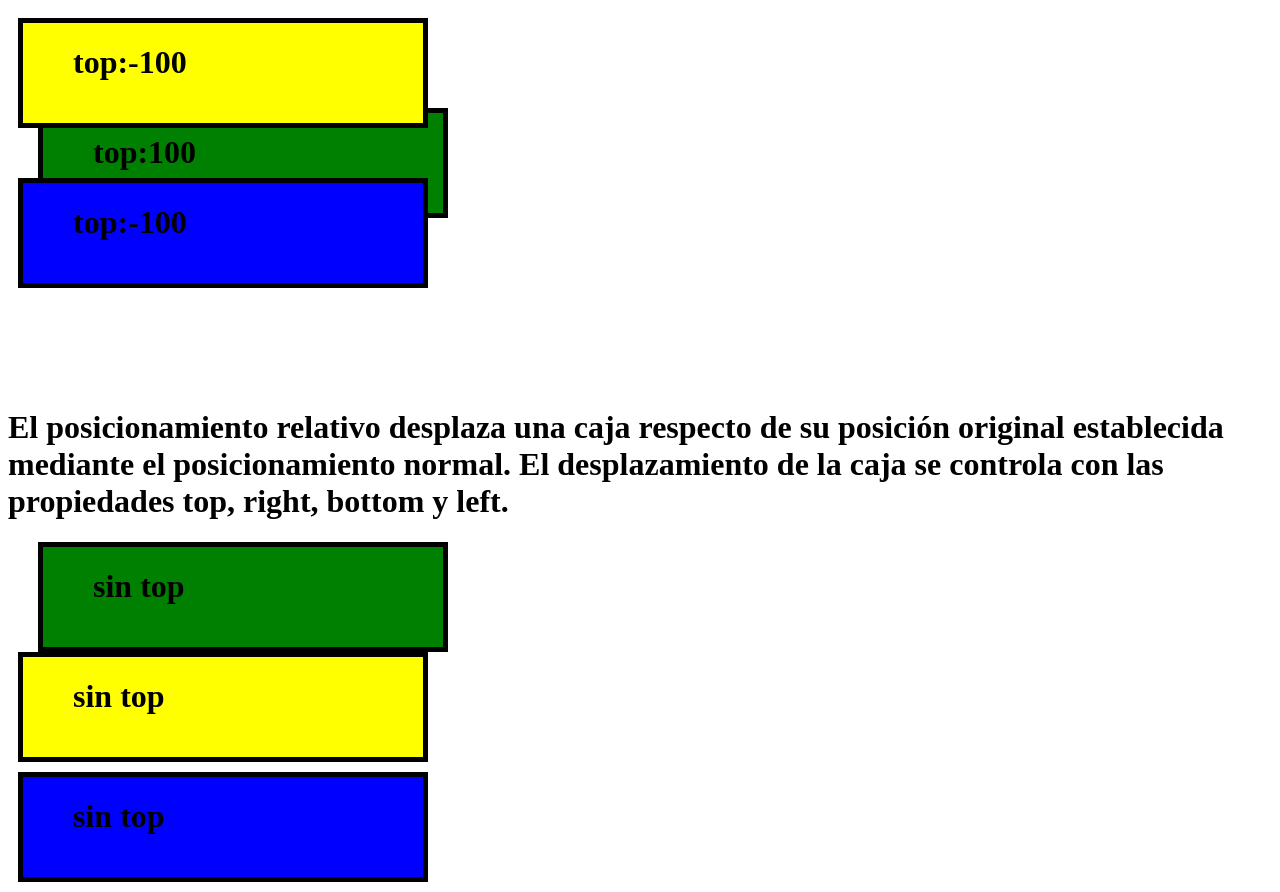
Repository: antonio63j/misNotas
Page: software/CSS/Demos/aptana_proyect/src/relativo.html
An editor plug-in stored every save of this project. The page is shown before and after the next save, followed by the edit.
The browser window is 1280 px wide. The pictures show the whole page.

Above is the page before, as saved 2017-04-23 17:21:41.

### software/CSS/Demos/aptana_proyect/src/relativo.html
<!DOCTYPE html>
<html>
<head>
<style>

#caja1 {
  position:relative;
  top:100px;
  left:20px;
  width: 300px;
  height:100px;
  padding-left:  50px;
  padding-right: 50px;
  margin-left:   10px;
  margin-right:  10px;
  border: 5px solid black;
  padding-top: 0px;
  background-color:green;
}

#caja2 {
  position:relative;
  top:-100px;
  width: 300px;
  height:100px;
  padding-left:  50px;
  padding-right: 50px;
  margin-left:   10px;
  margin-right:  10px;
  border: 5px solid black;
  margin-bottom:50px;
  background-color:yellow;
}

#caja3 {
  position:relative;
  top:-100px;
  width: 300px;
  height:100px;
  padding-left:  50px;
  padding-right: 50px;
  margin-left:   10px;
  margin-right:  10px;
  border: 5px solid black;
  margin-bottom:10px;
  background-color: blue;
}

#caja11 {
  position:relative;

  left:20px;
  width: 300px;
  height:100px;
  padding-left:  50px;
  padding-right: 50px;
  margin-left:   10px;
  margin-right:  10px;
  border: 5px solid black;
  padding-top: 0px;
  background-color:green;
}

#caja22 {
  position:relative;

  width: 300px;
  height:100px;
  padding-left:  50px;
  padding-right: 50px;
  margin-left:   10px;
  margin-right:  10px;
  border: 5px solid black;
  margin-bottom:10px;
  background-color:yellow;
}

#caja33 {
  position:relative;

  width: 300px;
  height:100px;
  padding-left:  50px;
  padding-right: 50px;
  margin-left:   10px;
  margin-right:  10px;
  border: 5px solid black;
  margin-bottom:10px;
  background-color: blue;
}


</style>
</head>



<body>

<div id="caja1"><h1>top:100</h1></div>
<div id="caja2"><h1>top:-100</h1></div>
<div id="caja3"><h1>top:-100</h1></div>

<h1>El posicionamiento relativo desplaza una caja respecto de su posición original establecida mediante el posicionamiento normal. El desplazamiento de la caja se controla con las propiedades top, right, bottom y left.</h1>

<div id="caja11"><h1>sin top</h1></div>
<div id="caja22"><h1>sin top</h1></div>
<div id="caja33"><h1>sin top</h1></div>

</body>

</html>

After the next save:
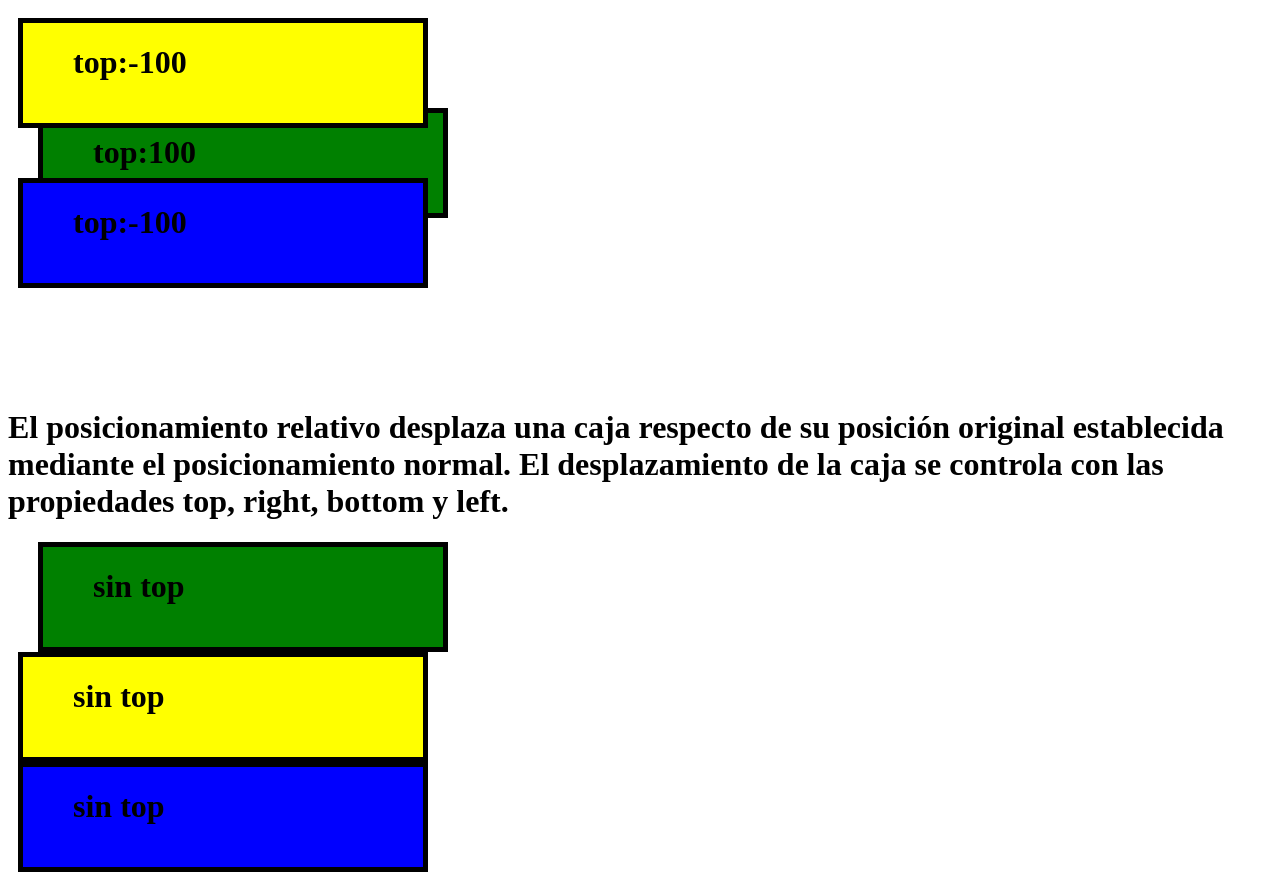
Saved 41 s later.
--- a/software/CSS/Demos/aptana_proyect/src/relativo.html
+++ b/software/CSS/Demos/aptana_proyect/src/relativo.html
@@ -71,7 +71,7 @@
   margin-left:   10px;
   margin-right:  10px;
   border: 5px solid black;
-  margin-bottom:10px;
+  margin-bottom:0px;
   background-color:yellow;
 }
 
@@ -85,7 +85,7 @@
   margin-left:   10px;
   margin-right:  10px;
   border: 5px solid black;
-  margin-bottom:10px;
+  margin-bottom:0px;
   background-color: blue;
 }
 
